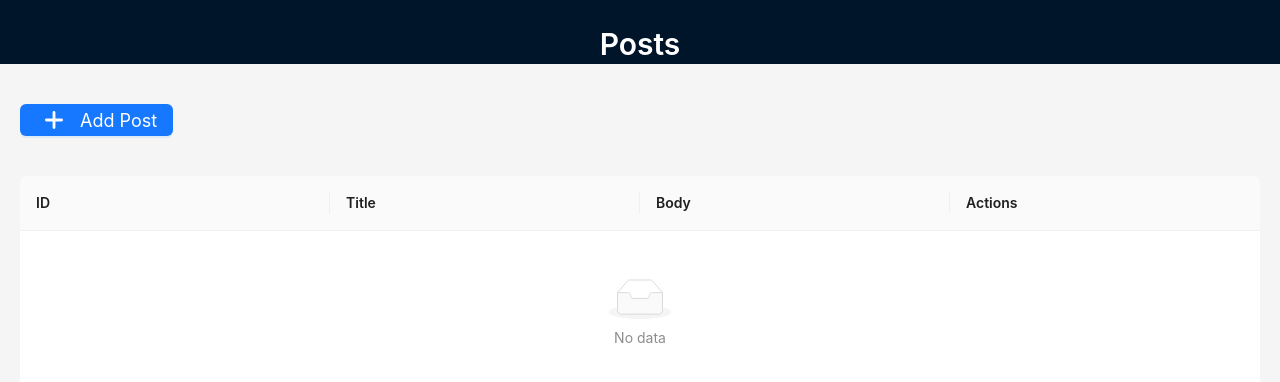
Repository: yasserrrz/Denamo-posts
Page: /
The author's editor kept a copy of each file at every save. The page is drawn from the files as they stood at one save, then again after a run of saves.
The browser window is 1280 px wide. The pictures show the whole page.
The page's requests for data from a server got no answer. The project was rebuilt for these pictures with package versions that can differ from the ones it lists, and the page was loaded fresh each time. No one was signed in, and anything a server would have sent is missing. Also part of the build but not shown: src/components/PostForm.tsx.

Above is the page before, as saved 2024-11-28 15:40:02.

After the next 2 saves:
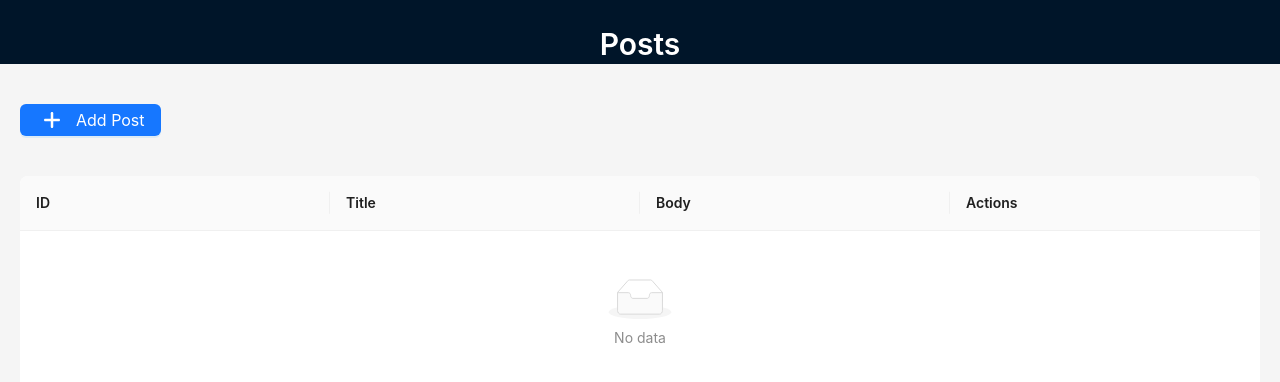
The 2 saves are shown as one change because they came seconds apart.
The last was saved 16 s later.
--- a/src/App.tsx
+++ b/src/App.tsx
@@ -21,7 +21,7 @@ const App: React.FC = () => {
 
       <Content style={{ padding: '20px' }}>
          <div style={{marginTop: '20px ' , marginBottom: '20px' , display: 'flex', justifyContent: 'space-between' }}>
-         <Button onClick={()=>{setIsModalOpen(true)}} style={{fontSize: '18px'}} type="primary"><AddIcon/> Add Post</Button>
+         <Button onClick={()=>{setIsModalOpen(true)}} style={{fontSize: '16px'}} type="primary"><AddIcon/> Add Post</Button>
          </div>
         <div style={{ marginTop: '40px' }}>
           <DataTable />
